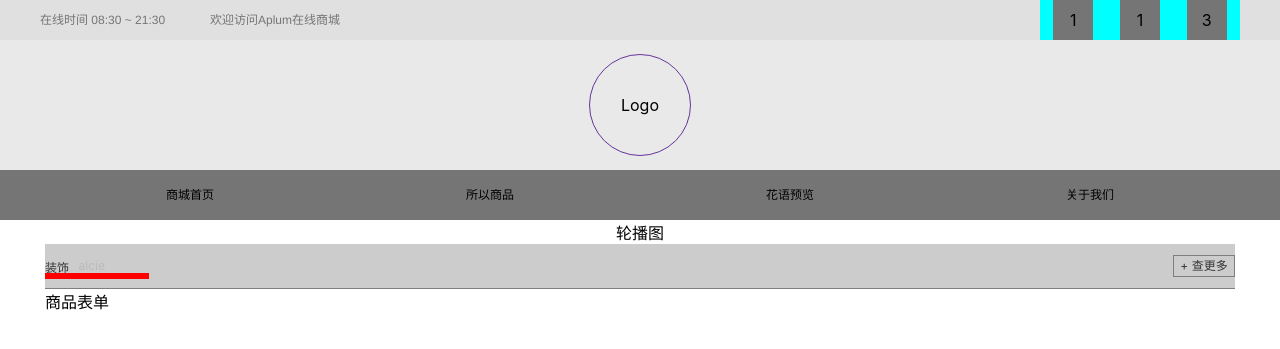
Repository: Alicehhhmm/aplum
Page: /
These files come from the project's save history. The page is drawn as it stood at one moment and after the next save; the edit follows.
The browser window is 1280 px wide. The pictures show the whole page.
The project was rebuilt for these pictures with package versions that can differ from the ones it lists, and the page was loaded fresh each time. Also part of the build but not shown: src/components/footer/index.jsx, src/components/carousel/index.scss, src/components/productList/index.scss, src/App.css.

Above is the page before, as saved 2021-10-11 16:52:53.

### src/index.js
import React from 'react';
import ReactDOM from 'react-dom';
import './index.css';
import App from './App';
import reportWebVitals from './reportWebVitals';

ReactDOM.render(
  <React.StrictMode>
    <App />

  </React.StrictMode>,
  document.getElementById('root')
);


reportWebVitals();

### src/App.js


// import Footer from './views/footer/footer';//尾部
import Footer from './components/footer';
import Body from './components/body';
import Header from './components/header';
import './App.css';

function App() {
  return (
    <div>
      <Header/>
      <Body/>
      {/* <Footer/> */}
    </div>
  );
}

export default App;

### src/components/body/index.jsx
import React,{Component} from "react";
import CarouselComp from "../carousel";
import ProductList from '../productList'
import "./index.scss"

export default class Body extends Component{

  render(){
      return(
        <div className="mun">
          <CarouselComp/>
          <div className="mun_child"></div>
          <ProductList/>
        </div>
      );
  }
}

### src/components/header/index.jsx
import React, { Component } from "react";
import './index.scss'
export default class Header extends Component{
    render(){
        const tag = ['商城首页','所以商品','花语预览','关于我们']
        return(
            <div className="mn" >
                {/* 头部小导航栏 */}
                <view className="minTop">
                    <view className='minTopft'>
                        <view className='time'>在线时间 08:30 ~ 21:30</view>
                        <view className='time'>欢迎访问Aplum在线商城</view>
                    </view>
                    <view className='minToprt'>
                        <view className="icn">1</view>
                        <view className="icn">1</view>
                        <view className="icn">3</view>
                    </view>
                </view>
                {/* 头部大导航栏 */}
                <view className="maxTop">
                    <view className="maxToptp"><span className='logo'>Logo</span></view>
                    <view className="maxTopbt">
                        {tag.map(r=>(
                             <view className="tag">{r}</view>
                        ))}
                    </view>
                </view>
            </div>
        )
    }
}

### src/components/footer/index.scss
*{
    margin: 0;
    padding: 0;
    list-style-type:none;
}
.mu{
    width: auto;
    height: 500px;
    display: flex;
    flex-direction: column;
    justify-content: space-between;
    background-color: sandybrown;
}
.mut{
    width: auto;
    height: 144px;
    line-height: 144px;
    font-size: 32px;
    font-weight: 700;
    color: #ffffff;
    font-family:Helvetica,Arial,sans-serif ;
    display: flex;
    flex-direction: column;
    justify-content: center;
    align-items: center;
    flex-grow: 0;
    background-color: rgb(2, 26, 9);
}
.mub{
    width: auto;
    display: flex;
    flex-direction: column;
    justify-content: center;
    align-items: center;
    flex-grow: 1;
    background-color: skyblue;
}
.mutt{
    width: auto;
    margin: 0 320px;
    display: flex;
    flex-grow: 1;
    background-color: tan;
}
.ttbn{
    width: 222px;
    height: 356px;
    padding: 0 12px;
    display: flex;
    flex-direction: column;
    align-items: center;
    background-color: rgb(2, 26, 9);
}
.p{
    font-size: 16px;
    line-height: 16px;
    color: #ffffff;
    font-family:Helvetica,Arial,sans-serif ;
    margin-bottom: 14px;
}
.li{
    font-size: 12px;
    color: #f9f9f9;
}
.mubb{
    width: auto;
    display: flex;
    flex-direction: row;
    justify-content: space-between;
    flex-grow: 0;
    border-top:1px solid #ffffff;
}
.bbtn{
    width: 492px;
    height: 60px;
    display: flex;
    justify-content: center;
    align-items: center;
    background-color: rgb(2, 26, 9);
}
.copright{
    font-family:  Helvetica,"sans-serif-light",sans-serif;
    font-size: 12px;
    font-weight: 300;
    color: #f9f9f9;
}
.bbtnx{
    width: 492px;
    height: 60px;
    display: flex;
    justify-content: flex-end;
    align-items: center;
    background-color: rgb(2, 26, 9);
}
.icon{
    width: 20px;
    height: 40px;
    padding: 0 5px;
    background-color: #ffffff;
}

### src/components/carousel/index.jsx
import React,{Component} from "react";
// 插件引入
import "react-responsive-carousel/lib/styles/carousel.min.css"; // requires a loader
import { Carousel } from 'react-responsive-carousel';

import "./index.scss"

export default class CarouselComp extends Component{

  render(){
      return(
        // <Carousel showArrows={true} >
        //     <div>
        //         <img src="assets/1.jpeg" />
        //         <p className="legend">Legend 1</p>
        //     </div>
        //     <div>
        //         <img src="assets/2.jpeg" />
        //         <p className="legend">Legend 2</p>
        //     </div>
        //     <div>
        //         <img src="assets/3.jpeg" />
        //         <p className="legend">Legend 3</p>
        //     </div>
        //  </Carousel>

        <div className="">
          <div className="munchild_carousel">轮播图</div>
        </div>
      );
  }
}

### src/components/productList/index.jsx
import React,{Component} from "react";
import TopList from './topList'
import "./index.scss"

export default class ProductList extends Component{

  render(){
      return(
        <div className="">
            <TopList/>
            <div className="munchild_product_list">商品表单</div>
        </div>
      );
  }
}

### src/components/body/index.scss

.mun{
    display: flex;
    flex-direction: column;
    align-items: center;
}

.mun_child{
    display: flex;
    justify-content: center;
    align-items: center;
}

### src/components/header/index.scss
*{
    margin: 0;
    padding: 0;
}


// 主体
.mn{
    background-color: #e0e0e0;
}

// 头部小导航栏
.minTop{
    height: 40px;
    line-height: 40px;
    background-color: #e0e0e0;
    padding: 0 40px;
    display: flex;
    justify-content: space-between;
    .minTopft{
        // background-color: aqua;
        width: 300px;
        display: flex;
        justify-content: space-between;
        .time{
            font-size: 12px;
            color: #757575;
            font-family:Helvetica,微软雅黑,Arial,sans-serif;
        }
    }
    .minToprt{
        background-color: aqua;
        width: 200px;
        display: flex;
        justify-content: space-around;
        .icn{
            width: 40px;
            height: 40px;
            text-align: center;
            background-color: #757575;
        }
    }
}

// 头部大导航栏
.maxTop{
    background-color: #757575;
    display: flex;
    flex-direction:column;
    .maxToptp{
        background-color: #e9e9e9;
        height: 130px;
        display: flex;
        justify-content: center;
        align-items: center;
        .logo{
            width: 100px;
            height: 100px;
            border: 1px solid rebeccapurple;
            border-radius: 50%;
            display: flex;
            justify-content: center;
            align-items: center;
        }
    }
    .maxTopbt{
        height: 50px;
        line-height: 50px;
        padding: 0 40px;
        // background-color: brown;
        display: flex;
        justify-content: space-around;
        align-items: center;
        .tag{
            width: 140px;
            font-size: 12px;
            display: flex;
            justify-content: center;
        }
    }
}

### src/components/productList/topList/index.jsx
import React,{Component} from "react";
import "./index.scss"

export default class TopList extends Component{

    render(){
        return(
            <div className="mod">
                <view className="modft">
                    <span>装饰</span>
                    <span className="modtext">alcie</span>
                </view>
                <view className="modrt">+ 查更多</view>
            </div>
        );
    }
  }

### src/components/productList/topList/index.scss


.mod{
    background-color: #ccc;
    width: 1190px;
    height: 44px;
    border-bottom:1px solid rgba(51, 51, 51, 0.5);
    display: flex;
    justify-content: space-between;
    align-items: center;
    .modft{
        width: 60px;
        font-size: 12px;
        color: #333;
        display: flex;
        flex-direction: row;
        justify-content: space-between;
        position: relative;
        .modtext{
            font-size: 12px;
            color: #bababa;
        }
        :after{
            content:'';
            width: 100px;
            // height: 20px;
            display: flex;
            flex-direction: row;
            border:2px solid red;
            position: absolute;
            top: 20;
            left: 0;
        }
    }
    .modrt{
        width: 60px;
        height: 20px;
        border: rgba(51, 51, 51, 0.5) solid 1px;
        font-size: 12px;
        color: #333;
        text-align: center;
    }
}

Loaded but not shown: public/index.html (common file); src/index.css (common file); src/reportWebVitals.js (common file)

After the next save:
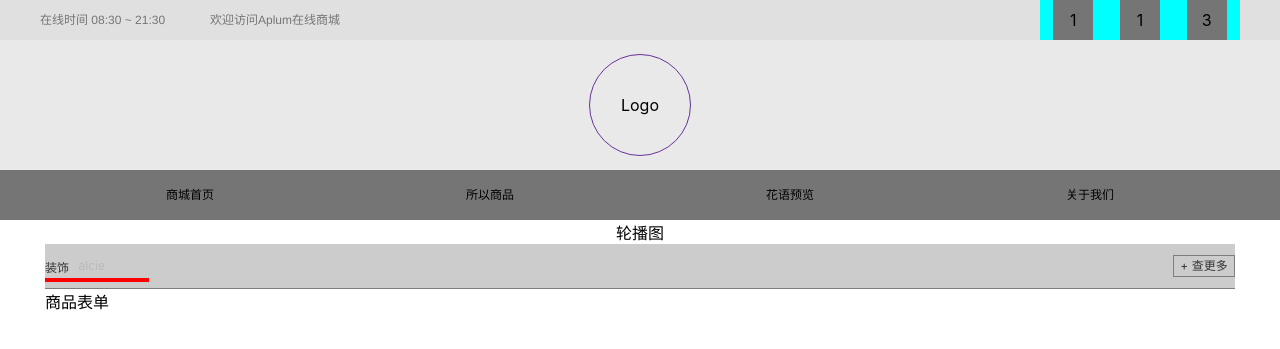
Saved 4 s later.
--- a/src/components/productList/topList/index.scss
+++ b/src/components/productList/topList/index.scss
@@ -28,7 +28,7 @@
             flex-direction: row;
             border:2px solid red;
             position: absolute;
-            top: 20;
+            top: 20px;
             left: 0;
         }
     }
